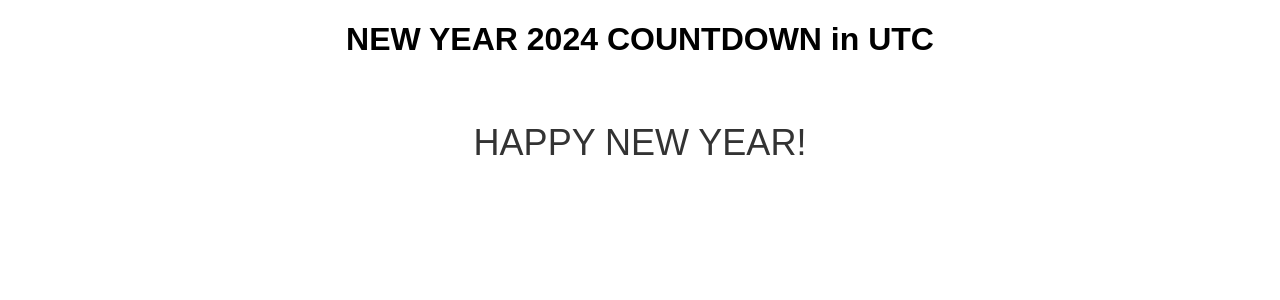
Repository: end888160/end888160.github.io
Page: countdown.html
The author's editor kept a copy of each file at every save. The page is drawn from the files as they stood at one save, then again after a run of saves.
The browser window is 1280 px wide. The pictures show the whole page.

Above is the page before, as saved 2024-09-22 23:20:25.
Console error: TypeError: countdown is not a function

### countdown.html
<!DOCTYPE html>
<html lang="en">
<head>
	<meta charset="UTF-8">
	<meta name="viewport" content="width=device-width, initial-scale=1.0">
	<meta name="description" content="Let's celebrate the New Year!">
	<title>Countdown</title>
	<style>
	html {
		font-family: Arial, Helvetica, 'Gill Sans', 'Gill Sans MT', Calibri, 'Trebuchet MS', sans-serif;
	}
	#countdown {
		display: flex;
		justify-content: center;

		font-size: 5vh;
		margin-top: 5%;
		color: #333;
		border-color: white;


	}
	.counttdown-table {
		display: table;
	}

	.countdown-item {
		margin: 0 10px;
		text-align: center;
		display: table-cell;

	}

	.countdown-value {
		font-size: 2.5em;
		font-weight: bold;
		padding-left: 20px;
		padding-right: 20px;

	}

	.countdown-label {
		font-size: 0.6em;
		text-align: center;
		color: #777;
	}
	h1 {
		text-align: center;
		font-size: 2em;

	}

	@media (prefers-color-scheme: light) {
		html {
			background-color: white;
			color: black;
		}
		h2 {
			color:white;
		}
	}
	@media (prefers-color-scheme: dark) {
		.countdown-item {
			color: #bbb
		}
		h2 {
			color:black;
		}
		html {
			background-color: black;
			color: white;
		}
	}
	@media only screen and (orientation: portrait) {
		.countdown {
			display: table-row-group;
		}
		.countdown-item {
			display: table-row;
		}
		.countdown-label {
			display: table-cell;
			text-align: left;
		}
		.countdown-value {
			display: table-cell;
			padding-top: 15px;
			text-align: right;

		}
		h1 {
			font-size: x-large;
		}
	}
	</style>
</head>

<body>
	<h1 id="header">NEW YEAR COUNTDOWN</h1>

<div id="countdown">
	<div id="countdown-table">
	<div class="countdown-item">
		<div class="countdown-value"><span id="days"></span></div>
		<div class="countdown-label">Days</div>
	</div>

	<div class="countdown-item">
		<div class="countdown-value"><span id="hours"></span></div>
		<div class="countdown-label">Hours</div>
	</div>

	<div class="countdown-item">
		<div class="countdown-value"><span id="minutes"></span></div>
		<div class="countdown-label">Minutes</div>
	</div>

	<div class="countdown-item">
		<div class="countdown-value"><span id="seconds"></span></div>
		<div class="countdown-label">Seconds</div>
	</div>

	<div class="countdown-item">
		<div class="countdown-value"><span id="mseconds"></span></div>
		<div class="countdown-label"><br></div>
	</div>
</div>
</div>

<script>

// Update the count down every 1 second]
if ( new Date().getMonth() + 1 === 1 )  {
    var IfMonth = true
} else {
	var IfMonth = "false"
}
if ( new Date().getDate() === 1 )  {
    var IfDate = true
} else {
	var IfMonth = "false"
}
if ( IfMonth === IfDate ) {
    var countDownTarget = new Date().getFullYear();
} else {
	var countDownTarget = new Date().getFullYear() + 1;
}


var x = setInterval(function countdown() {

	// Set the date we're counting down to
	var countDownDate = new Date("Jan 1, " + countDownTarget + " 00:00:00").getTime();
	var currentTimeZone = Intl.DateTimeFormat().resolvedOptions().timeZone
	var offsetTimeZone = new Date().getTimezoneOffset();

	if (offsetTimeZone > 0){
    var offsetTimeZonem = offsetTimeZone - (Math.floor(offsetTimeZone / 60) * 60);
    } else if (offsetTimeZone < 0){
      var offsetTimeZonem = offsetTimeZone - (Math.ceil(offsetTimeZone / 60) * 60);
    }

    offsetTimeZone = (offsetTimeZone / 60) * (-1);
    if (offsetTimeZone > 0){
       var offsetTimeZone = "+" + offsetTimeZone;
    } else if (offsetTimeZonem < 10){
       var offsetTimeZonem = "0" + offsetTimeZonem;
	}

	// Get today's date and time
	var now = new Date().getTime();

	// Find the distance between now and the count down date
	var distance = countDownDate - now;

	// Time calculations for days, hours, minutes and seconds
	var days = Math.floor(distance / (1000 * 60 * 60 * 24));
	var hours = Math.floor((distance % (1000 * 60 * 60 * 24)) / (1000 * 60 * 60));
	var hour = hours < 10 ? "0" + hours : hours;
	var minutes = Math.floor((distance % (1000 * 60 * 60)) / (1000 * 60));
	var minute = minutes < 10 ? "0" + minutes : minutes;
	var seconds = Math.floor((distance % (1000 * 60)) / 1000);
	var second = seconds < 10 ? "0" + seconds : seconds;
	var mseconds = Math.floor(distance % 1000);
	var msecond = mseconds < 10 ? "0" + "0" + mseconds : mseconds < 100 ? "0" + mseconds : mseconds;

	// Display the result in the element with id="countdown"
	document.getElementById("days").innerHTML = days;
	document.getElementById("hours").innerHTML = hour;
	document.getElementById("minutes").innerHTML = minute;
	document.getElementById("seconds").innerHTML = second;
	document.getElementById("mseconds").innerHTML = msecond;
	if ( currentTimeZone === "UTC" ) {
		document.getElementById("header").innerHTML = "NEW YEAR " + countDownTarget + " COUNTDOWN in " + currentTimeZone;
	} else {
		document.getElementById("header").innerHTML = "NEW YEAR " + countDownTarget + " COUNTDOWN in " + currentTimeZone + " (UTC" + offsetTimeZone + ")";
	}


	// If the count down is finished, write some text
	if (distance < 0) {
		clearInterval(x);
		document.getElementById("countdown").innerHTML = "HAPPY NEW YEAR!";
	}
	setTimeout(countdown, 1);
}, 0);
document.title = "Countdown to " + countDownTarget;
countdown()
</script>
</body>
</html>

After the next 2 saves:
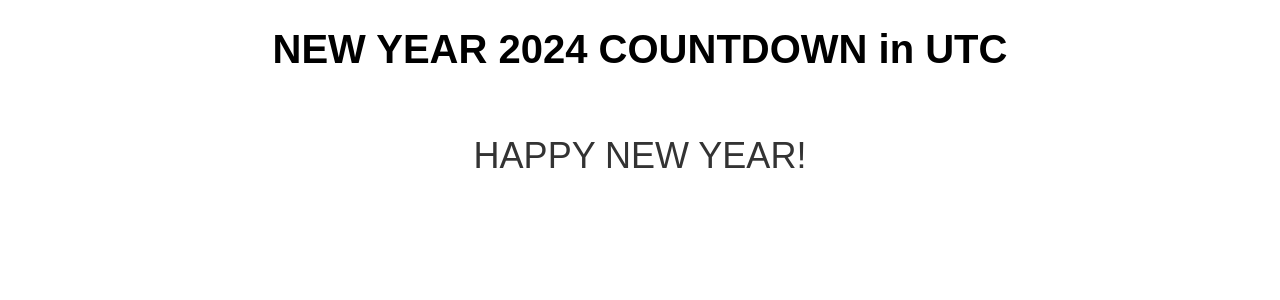
The 2 saves are shown as one change because they came seconds apart.
The last was saved 3 s later.
--- a/countdown.html
+++ b/countdown.html
@@ -32,7 +32,7 @@
 	}
 
 	.countdown-value {
-		font-size: 2.5em;
+		font-size: 2em;
 		font-weight: bold;
 		padding-left: 20px;
 		padding-right: 20px;
@@ -46,7 +46,7 @@
 	}
 	h1 {
 		text-align: center;
-		font-size: 2em;
+		font-size: 2.5em;
 
 	}
 

After the save that followed:
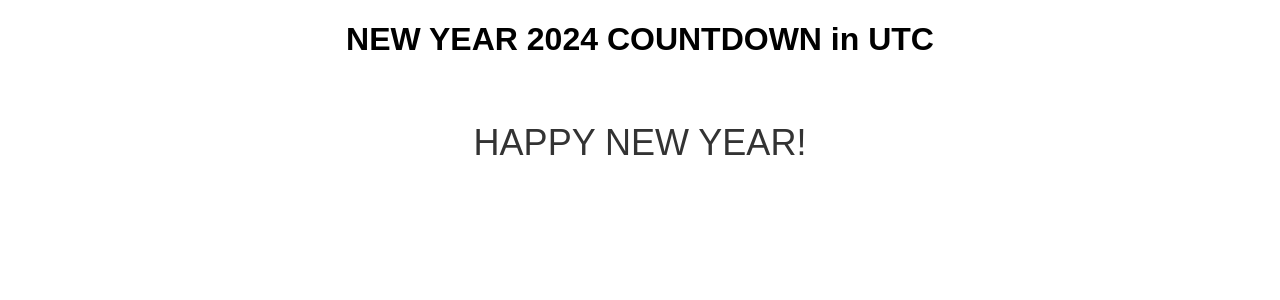
Saved 4 s later.
--- a/countdown.html
+++ b/countdown.html
@@ -46,7 +46,7 @@
 	}
 	h1 {
 		text-align: center;
-		font-size: 2.5em;
+		font-size: 2em;
 
 	}
 
